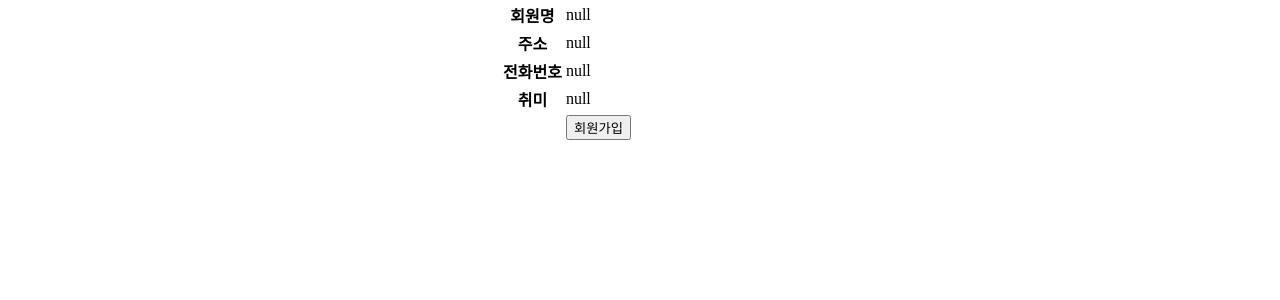
Repository: leeyujin21/jsp
Page: http://localhost/Hello/memRegSuccess.jsp
The author's editor kept a copy of each file at every save. The page is drawn from the files as they stood at one save, then again after the next save.
The browser window is 1280 px wide. The pictures show the whole page.
The page is served by Tomcat 9. Other server files are loaded and not shown.

Above is the page before, as saved 2023-09-19 05:33:01.

### Hello/src/main/webapp/memRegSuccess.jsp
<%@ page language="java" contentType="text/html; charset=UTF-8"
	pageEncoding="UTF-8"%>
<!DOCTYPE html>
<html>
<head>
<meta charset="UTF-8">
<title>Insert title here</title>
<style type="text/css">
	body {
		margin: auto;
	}

	div {
		width: 280px;
		margin: auto;
	}

	h1 {
		text-align: center;
	}
</style>
</head>
<body>
	<div>
		<table>
			<tr>
				<th>회원명</th>
				<td><%=request.getParameter("name")%></td>
			</tr>
			<tr>
				<th>주소</th>
				<td><%=request.getParameter("address")%></td>
			</tr>
			<tr>
				<th>전화번호</th>
				<td><%=request.getParameter("phone")%></td>
			</tr>
			<tr>
				<th>취미</th>
				<td><%=request.getParameter("hobby")%></td>
			</tr>
			<tr>
				<td></td>
				<td><input type="submit" value="회원가입" /></td>
			</tr>
		</table>
	</div>
</body>
</html>

After the next save:
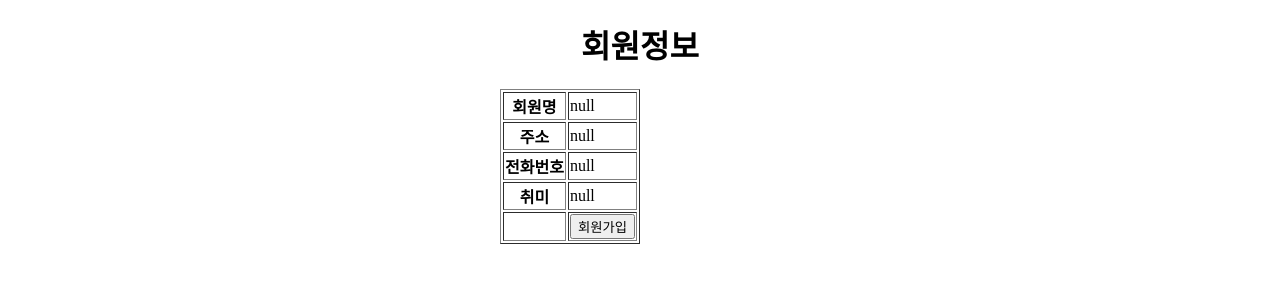
Saved 49 s later.
--- a/Hello/src/main/webapp/memRegSuccess.jsp
+++ b/Hello/src/main/webapp/memRegSuccess.jsp
@@ -21,8 +21,9 @@
 </style>
 </head>
 <body>
+	<h1>회원정보</h1>
 	<div>
-		<table>
+		<table border="1">
 			<tr>
 				<th>회원명</th>
 				<td><%=request.getParameter("name")%></td>
